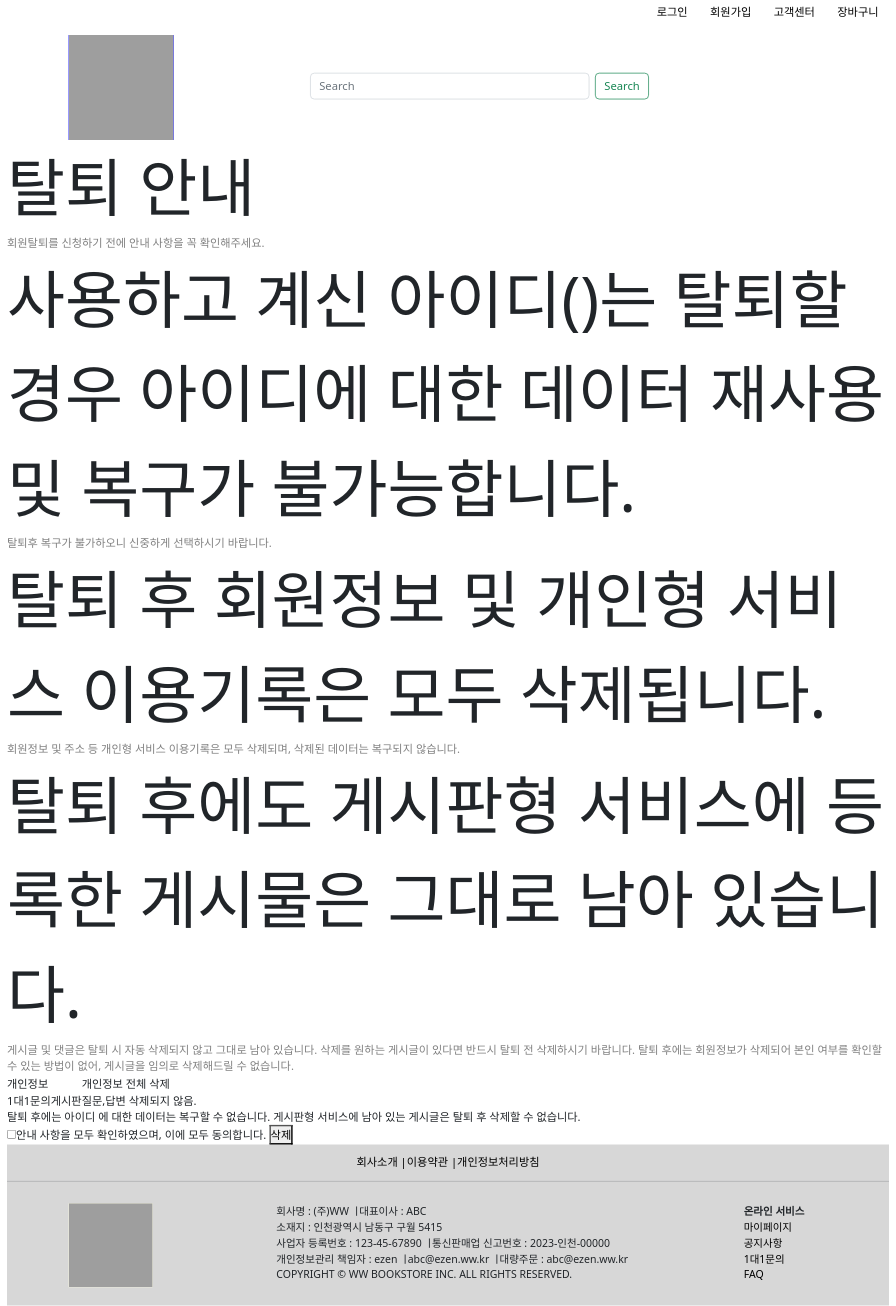
Repository: leehyeonung/project4
Page: http://localhost/book/WEB-INF/views/member/delete.jsp
An editor plug-in stored every save of this project. The page is shown before and after the next save, followed by the edit.
The browser window is 1280 px wide. The pictures show the whole page, at 70% of full size.
Pictures or frames that could not be fetched are drawn as grey boxes. The page is served by Tomcat 9. Nobody is signed in. Other server files are loaded and not shown. The template is opened directly, without the code that normally fills it, so the values that code supplies are empty.

Above is the page before, as saved 2023-01-06 05:58:40.

### book/src/main/webapp/WEB-INF/views/member/delete.jsp
<%@ page language="java" contentType="text/html; charset=UTF-8"
    pageEncoding="UTF-8"%>
<%@ taglib uri="http://java.sun.com/jsp/jstl/core" prefix="c"%>
<link rel="stylesheet" type="text/css" href="/resources/css/delete.css">

<!DOCTYPE html>
<html>
<head>
<meta charset="UTF-8">
<title>Insert title here</title>
<link rel="stylesheet" type="text/css" href="/resources/css/main.css">
</head>
<body>

<jsp:include page="../layout/header.jsp"></jsp:include>
<div class="main">
<div class="sub">탈퇴 안내</div>
<div class="short">회원탈퇴를 신청하기 전에 안내 사항을 꼭 확인해주세요.</div>
<div class="long">사용하고 계신 아이디(${ses.mem_id})는 탈퇴할 경우 아이디에 대한 데이터 재사용 및 복구가 불가능합니다.</div>
<div class="short">탈퇴후 복구가 불가하오니 신중하게 선택하시기 바랍니다.</div>
<div class="long">탈퇴 후 회원정보 및 개인형 서비스 이용기록은 모두 삭제됩니다.</div>
<div class="short">회원정보 및 주소 등 개인형 서비스 이용기록은 모두 삭제되며, 삭제된 데이터는 복구되지 않습니다.</div>
<div class="long">탈퇴 후에도 게시판형 서비스에 등록한 게시물은 그대로 남아 있습니다.</div>
<div class="short">
게시글 및 댓글은 탈퇴 시 자동 삭제되지 않고 그대로 남아 있습니다.
삭제를 원하는 게시글이 있다면 반드시 탈퇴 전 삭제하시기 바랍니다.
탈퇴 후에는 회원정보가 삭제되어 본인 여부를 확인할 수 있는 방법이 없어, 게시글을 임의로 삭제해드릴 수 없습니다.
</div>
<table>
<tr>
<td>개인정보</td>
<td>개인정보 전체 삭제</td>
</tr>
<tr>
<td>1대1문의게시판</td>
<td>질문,답변 삭제되지 않음.</td>
</tr>
</table>
탈퇴 후에는 아이디 ${ses.mem_id}에 대한 데이터는 복구할 수 없습니다.
게시판형 서비스에 남아 있는 게시글은 탈퇴 후 삭제할 수 없습니다.
<form action="/mem/delete?mem_num=${ses.mem_num}" method="post" >
<input type="checkbox" name="deletecheck" value="okay">안내 사항을 모두 확인하였으며, 이에 모두 동의합니다.
<button type="submit">삭제</button>
</form>
</div>
<jsp:include page="../layout/footer.jsp"></jsp:include>
</body>
</html>

### book/src/main/webapp/WEB-INF/views/layout/header.jsp
<%@ page language="java" contentType="text/html; charset=UTF-8"
    pageEncoding="UTF-8"%>
<%@ taglib uri="http://java.sun.com/jsp/jstl/core" prefix="c"%>
<!DOCTYPE html>
<html>
<head>
<meta charset="UTF-8">
<title>Insert title here</title>
<!-- CSS only -->
<link href="https://cdn.jsdelivr.net/npm/bootstrap@5.2.2/dist/css/bootstrap.min.css"
rel="stylesheet" integrity="sha384-Zenh87qX5JnK2Jl0vWa8Ck2rdkQ2Bzep5IDxbcnCeuOxjzrPF/et3URy9Bv1WTRi"
crossorigin="anonymous">
<link rel="stylesheet" type="text/css" href="/resources/css/header.css">
</head>
<body>
<div class="header">
    <div class="menu">
        <c:if test="${ses.mem_id ==null}">
        <ul><a href="/mem/loginPage">로그인</a></ul>
        <ul><a href="/mem/joinPage">회원가입</a></ul>
        </c:if>
        <c:if test="${ses.mem_id == 'admin' }">
        <ul><a href="/mem/logOut">로그아웃</a></ul>
        <ul><a href="/mem/adminpage">관리인페이지</a></ul>
        </c:if>
        <c:if test="${ses.mem_id !=null && ses.mem_id !='admin' }">
        <ul><a href="/mem/logOut">로그아웃</a></ul>
        <ul><a href="/mem/mypage">마이페이지</a></ul>
        </c:if>
        <ul><a href="#">고객센터</a></ul>
        <ul><a href="#">장바구니</a></ul>
    </div>
    <div class="bar">
       <div class="logo">
         <a href="/"><img src="/resources/image/logo.jpg" alt="로고"></a>
       </div>
         <div class="searchBar">
            <form class="d-flex" role="search">
                 <input class="form-control me-2" type="search" placeholder="Search" aria-label="Search">
                 <button class="btn btn-outline-success" type="submit">Search</button>
              </form>
         </div>
       <div class="icons">
         <a href=""><i class="fa-solid fa-cart-shopping"></i></a>
            <a href=""><i class="fa-solid fa-user"></i></a>
       </div>
    </div>
</div>
</body>
</html>

### book/src/main/webapp/WEB-INF/views/layout/footer.jsp
<%@ page language="java" contentType="text/html; charset=UTF-8"
   pageEncoding="UTF-8"%>
<!DOCTYPE html>
<html>
<head>
<meta charset="UTF-8">
<title>Insert title here</title>
<link rel="stylesheet" type="text/css" href="/resources/css/footer.css">

</head>

<body>
   <div class="footer">
      <div class="footer-top">
         <ul>
            <li><a href="/introduce">회사소개 | </a></li>
            <li><a href="">이용약관 | </a></li>
            <li><a href="">개인정보처리방침</a></li>
         </ul>
      </div>
      <hr>
      <div class="address">
         <div class="footer-logo">
            <img src="/resources/image/logo.jpg" alt="로고">
         </div>
         <div class="address-box">
            <ul>
               <li>회사명 : (주)WW <span style="margin-right: -7px;">ㅣ</span>
                  대표이사 : ABC
               </li>

               <li>소재지 : 인천광역시 남동구 구월 5415</li>
               <li>사업자 등록번호 : 123-45-67890 <span style="margin-right: -7px;">ㅣ</span>
                  통신판매업 신고번호 : 2023-인천-00000
               </li>

               <li>개인정보관리 책임자 : ezen <span style="margin-right: -7px;">ㅣ</span>
                  abc@ezen.ww.kr <span style="margin-right: -7px;">ㅣ</span> 대량주문 :
                  abc@ezen.ww.kr
               </li>

               <li>COPYRIGHT © WW BOOKSTORE INC. ALL RIGHTS RESERVED.</li>

            </ul>

         </div>
         <div class="online-serviceBar">
            <strong>온라인 서비스</strong>
            <ul>
               <li><a href="">마이페이지</a></li>
               <li><a href="">공지사항</a></li>
               <li><a href="">1대1문의</a></li>
               <li><a href="">FAQ</a></li>
            </ul>
         </div>
      </div>
   </div>

</body>
</html>

### book/src/main/webapp/resources/css/delete.css
@charset "UTF-8";

.main{
	margin: 0px 196px;
}

.sub{
	font-size: 90px;
	font-weight:5000;
}
.long{
	font-size:90px;
	font-weight: 5000;
}

.short{
	color: gray;
}

### book/src/main/webapp/resources/css/main.css
@charset "UTF-8";

.main{
	width:1260px;
	margin: 0 auto;
}

### book/src/main/webapp/resources/css/header.css
@charset "UTF-8";
*{
	margin: 0px;
	padding: 0px;
}
.header{
    width: 1260px;
    height: 200px;
   /*  background-color: pink; */
}
.menu{
   display: flex;
   justify-content: flex-end;
   padding:5px;

}
.logo{
    width: 150px;
    height: 150px;
    background-color: blue;
}
.logo>a>img{
    width: 150px;
    height: 150px;
}
.searchBar{
   /* position:absolute; */
    width: 484px;
    height: 42px;
    /* background-color: gold; */
    margin-top:54px;
    border-radius: 30px;

}
.bar{

   height: 150px;
   display: flex;
   flex-direction: row;
   flex-wrap:nowrap;
   justify-content:space-around;
/*    align-items: baseline; */


}
i{
    font-size: 42px;
    color: black;
    margin-top:54px;
    margin-right: 20px;
}

### book/src/main/webapp/resources/css/footer.css
@charset "UTF-8";
.footer {
   width: 1260px;
   height: 230px;
   background-color: rgba(175, 175, 175, 0.5);
   margin: 0 auto;
}

.footer-logo {

   width: 120px;
   height: 120px;
   background-color: beige;
}
.footer-logo>img{
   width: 120px;
   height: 120px;
}

.address-box {
   text-align: left;
   padding: 0;
   margin: 0;
}

.address {
   padding: 15px;
   height: 150px;
   display: flex;
   font-size: 15px;
   /* align-items: baseline; */
   flex-direction: row;
   flex-wrap: nowrap;
   justify-content: space-around;
}

ul {
   list-style: none;
}

.footer, .address li {

}

.footer-top {
   text-align: center;
   padding-top: 12px;
}

.footer-top>ul {
   margin: 0;
   padding: 0;
   display: flex;
   justify-content: center;
}

.footer-top>li {
   margin: 0;
   padding: 0;
}

a {
   text-decoration-line: none;
   color: black;
}

a:visited {
   text-decoration: none;
}

a:hover {
   text-decoration: none;
}

a:focus {
   text-decoration: none;
}

a:hover, a:active {
   text-decoration: none;
}

.online-serviceBar {
   padding: 0px;
   margin-left: 20px;
   width: 120px;
   height: 120px;
}

.online-serviceBar>ul {
   margin: 0px;
   padding: 0px;
}

After the next save:
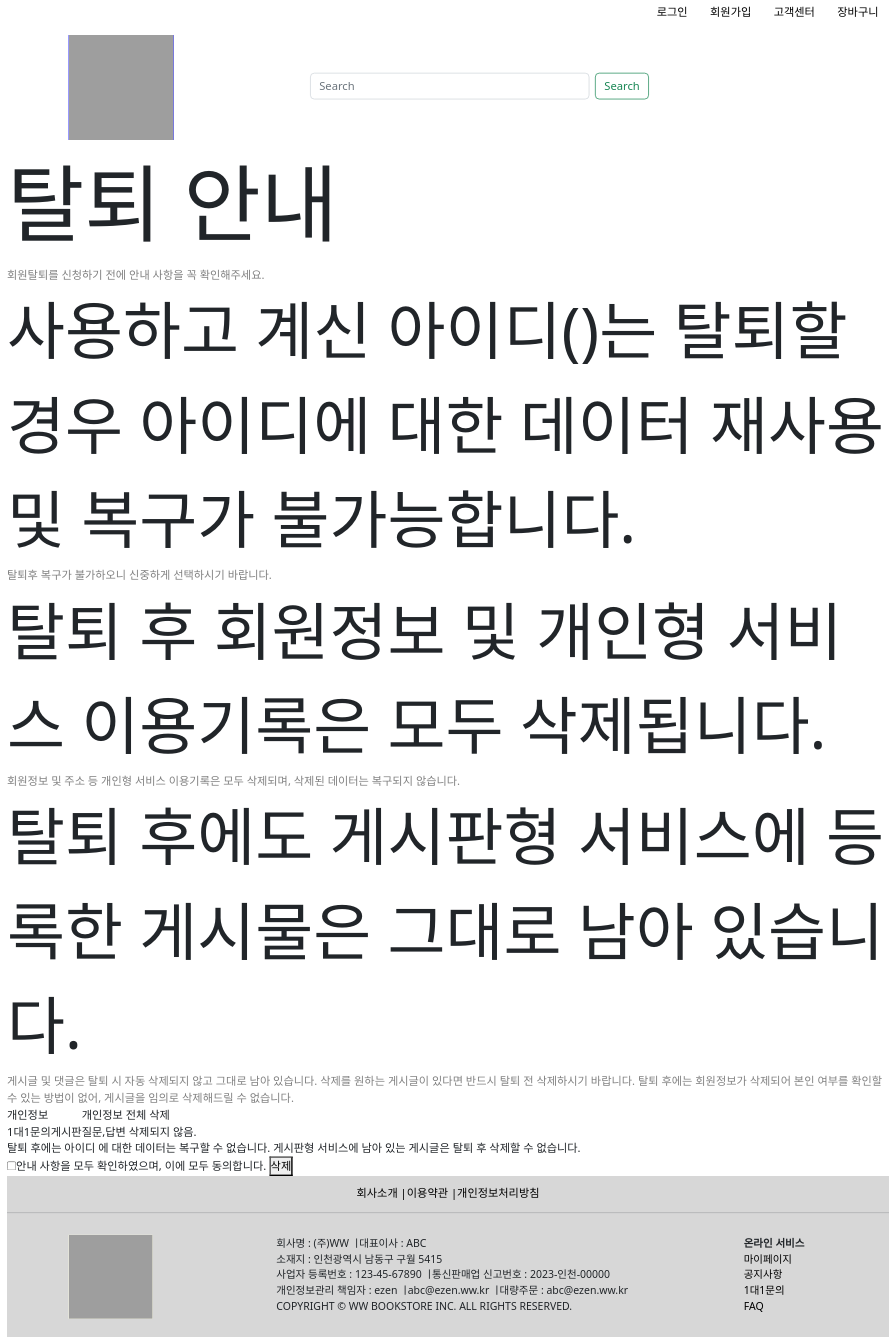
Saved 4 s later.
--- a/book/src/main/webapp/resources/css/delete.css
+++ b/book/src/main/webapp/resources/css/delete.css
@@ -5,7 +5,7 @@
 }
 
 .sub{
-	font-size: 90px;
+	font-size: 120px;
 	font-weight:5000;
 }
 .long{
